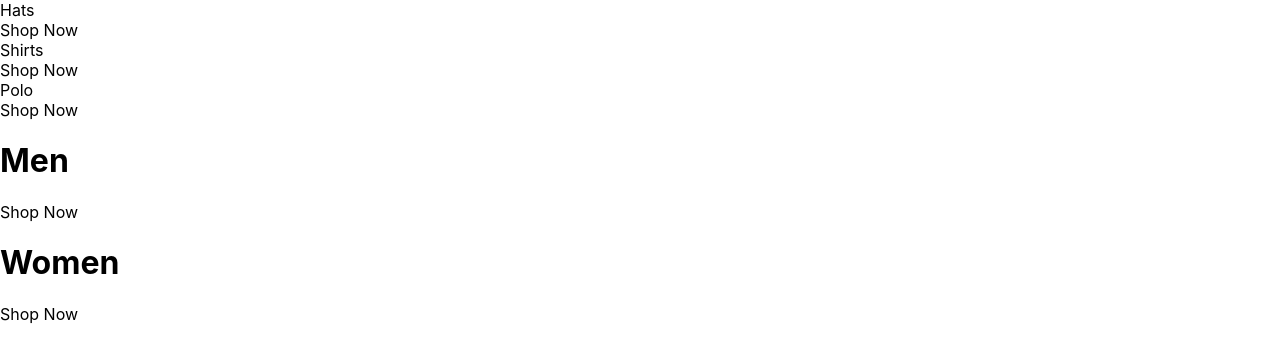
Repository: Syfon01/onestop
Page: /
The author's editor kept a copy of each file at every save. The page is drawn from the files as they stood at one save, then again after a run of saves.
The browser window is 1280 px wide. The pictures show the whole page.
The project was rebuilt for these pictures with package versions that can differ from the ones it lists, and the page was loaded fresh each time. Also part of the build but not shown: src/App.css.

Above is the page before, as saved 2020-07-24 16:06:02.

### src/App.js
import React from 'react';
import './App.css';
import HomePage from './Homepage'

function App() {
  return (
    <HomePage/>
  );
}

export default App;

### src/Homepage.js
import React from 'react'

const HomePage = () => {
  return (
  <div className="homepage">
    <div className="menu-item">
      <div className="content">
        <div className="title">Hats</div>
        <div className="subtitle">Shop Now</div>
      </div>
    </div>
    <div className="menu-item">
      <div className="content">
        <div className="title">Shirts</div>
        <div className="subtitle">Shop Now</div>
      </div>
    </div>
    <div className="menu-item">
      <div className="content">
        <div className="title">Polo</div>
        <div className="subtitle">Shop Now</div>
      </div>
    </div>
    <div className="menu-item">
      <div className="content">
        <div className="title"><h1>Men</h1></div>
        <div className="subtitle">Shop Now</div>
      </div>
    </div>
    <div className="menu-item">
      <div className="content">
        <div className="title"><h1>Women</h1></div>
        <div className="subtitle">Shop Now</div>
      </div>
    </div>
    </div>
  )
}

export default HomePage

Loaded but not shown: public/index.html (common file); src/index.js (common file); src/index.css (common file)

After the next 2 saves:
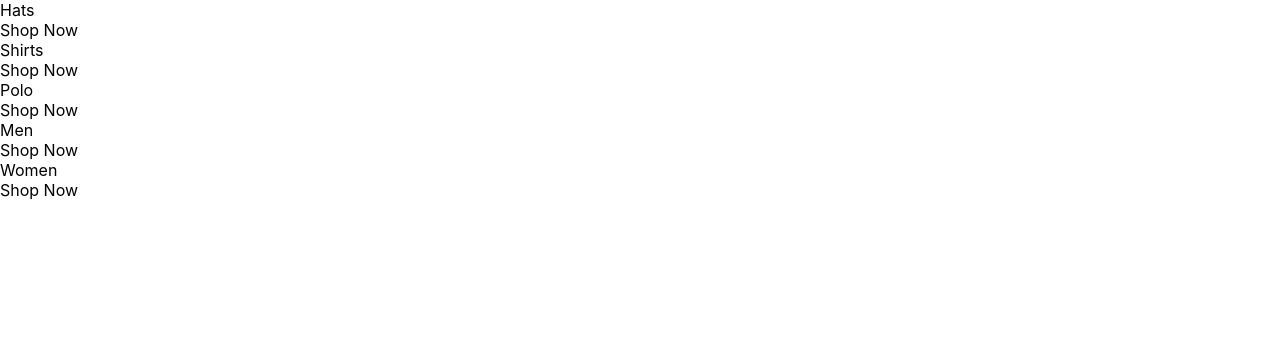
The 2 saves are shown as one change because they came seconds apart.
The last was saved 81 s later.
--- a/src/Homepage.js
+++ b/src/Homepage.js
@@ -23,13 +23,13 @@ const HomePage = () => {
     </div>
     <div className="menu-item">
       <div className="content">
-        <div className="title"><h1>Men</h1></div>
+        <div className="title">Men</div>
         <div className="subtitle">Shop Now</div>
       </div>
     </div>
     <div className="menu-item">
       <div className="content">
-        <div className="title"><h1>Women</h1></div>
+        <div className="title">Women</div>
         <div className="subtitle">Shop Now</div>
       </div>
     </div>
